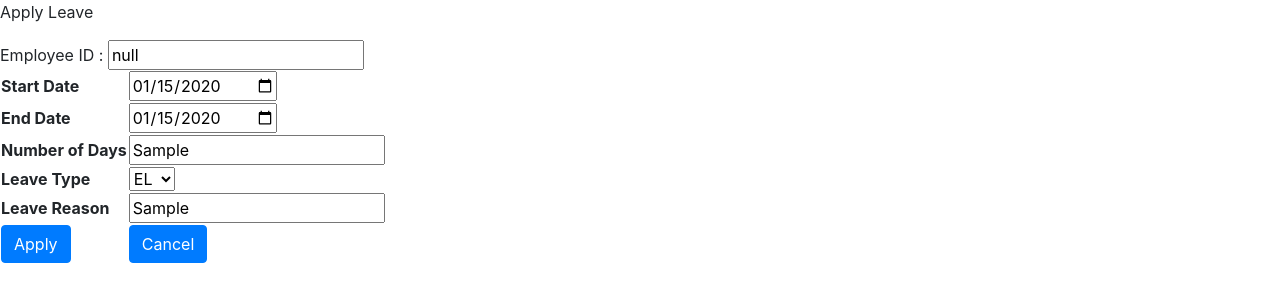
Repository: rkmr039/EMS_PROJECT
Page: http://localhost/EMS/ApplyLeaves.jsp
These files come from the project's save history. The page is drawn as it stood at one moment and after the next save; the edit follows.
The browser window is 1280 px wide. The pictures show the whole page.
Empty fields were first filled with sample values (such as "Sample", 5 or name@example.com).
After loading, the first visible `#eDateInput` was changed once.
The page is served by Tomcat 9.

Above is the page before, as saved 2019-08-29 07:42:17.
Console error: TypeError: Cannot read properties of undefined (reading 'fn')

After the next save:
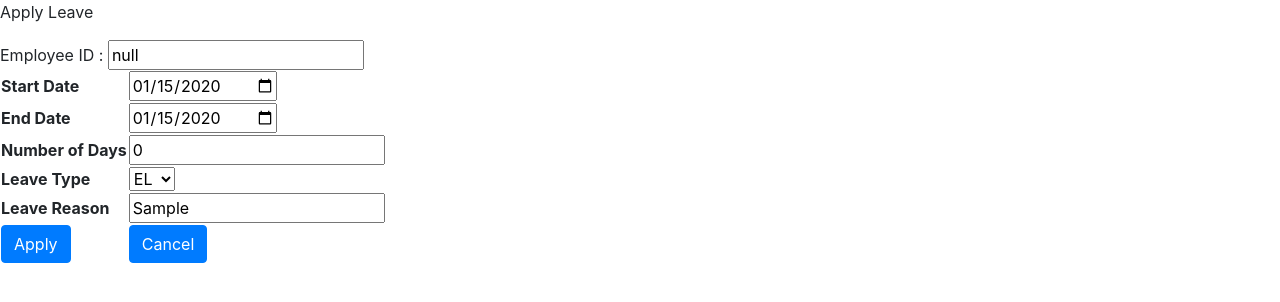
Saved 5 s later.
--- a/EMS/WebContent/ApplyLeaves.jsp
+++ b/EMS/WebContent/ApplyLeaves.jsp
@@ -22,7 +22,7 @@ function setNoDays(e){
 	   var oneDay = 24 * 60 * 60 * 1000; // hours*minutes*seconds*milliseconds
        var diffDays = Math.abs((date1.getTime() - date2.getTime()) / (oneDay));
        // alert(diffDays);
-      document.GetElementById("noDays").value = diffDays;
+      document.getElementById("noDays").value = diffDays;
 }
 </script>
 <meta http-equiv="Content-Type" content="text/html; charset=ISO-8859-1">
